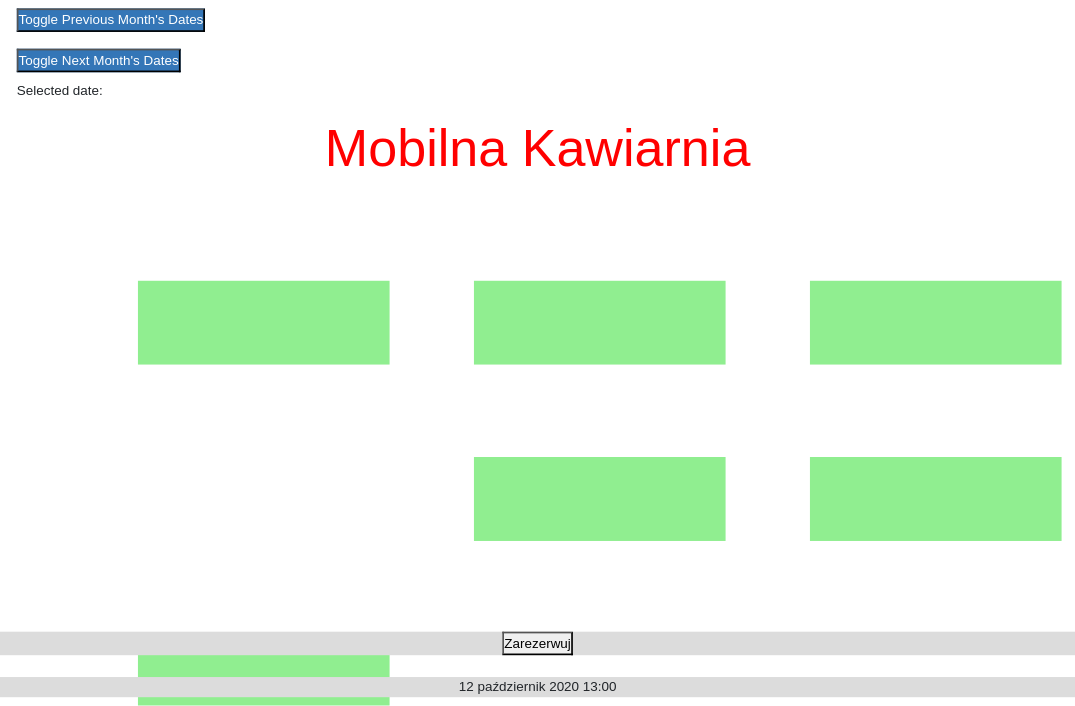
Repository: K009/MobilnaKawiarnia
Page: index.html
An editor plug-in stored every save of this project. The page is shown before and after the next save, followed by the edit.
The browser window is 1280 px wide. The pictures show the whole page, at 84% of full size.

Above is the page before, as saved 2020-12-23 17:08:45.
Console error: ReferenceError: YUI is not defined

### index.html
<html>
  <head>
    <title>Mobilna Kawiarnia</title>
    <link rel="stylesheet" href="style.css" />
    <script src="scripts.js"></script>
    <link href="https://cdn.jsdelivr.net/npm/bootstrap@5.0.0-beta1/dist/css/bootstrap.min.css" rel="stylesheet" integrity="sha384-giJF6kkoqNQ00vy+HMDP7azOuL0xtbfIcaT9wjKHr8RbDVddVHyTfAAsrekwKmP1" crossorigin="anonymous">
    <script src="https://cdn.jsdelivr.net/npm/bootstrap@5.0.0-beta1/dist/js/bootstrap.bundle.min.js" integrity="sha384-ygbV9kiqUc6oa4msXn9868pTtWMgiQaeYH7/t7LECLbyPA2x65Kgf80OJFdroafW" crossorigin="anonymous"></script>
  </head>
  <body>
      <!-- Add an additional blue button style -->
<style>
    .yui3-button {
        margin:10px 0px 10px 0px;
        color: #fff;
        background-color: #3476b7;
    }
    </style>

    <div id="demo" class="yui3-skin-sam yui3-g"> <!-- You need this skin class -->

      <div id="leftcolumn" class="yui3-u">
         <!-- Container for the calendar -->
         <div id="mycalendar"></div>
      </div>
      <div id="rightcolumn" class="yui3-u">
       <div id="links" style="padding-left:20px;">
          <!-- The buttons are created simply by assigning the correct CSS class -->
          <button id="togglePrevMonth" class="yui3-button">Toggle Previous Month's Dates</button><br>
          <button id="toggleNextMonth" class="yui3-button">Toggle Next Month's Dates</button><br>
          Selected date: <span id="selecteddate"></span>
       </div>
      </div>
    </div>

    <script type="text/javascript">
    YUI().use('calendar', 'datatype-date', 'cssbutton',  function(Y) {

        // Create a new instance of calendar, placing it in
        // #mycalendar container, setting its width to 340px,
        // the flags for showing previous and next month's
        // dates in available empty cells to true, and setting
        // the date to today's date.
        var calendar = new Y.Calendar({
          contentBox: "#mycalendar",
          width:'340px',
          showPrevMonth: true,
          showNextMonth: true,
          date: new Date()}).render();

        // Get a reference to Y.DataType.Date
        var dtdate = Y.DataType.Date;

        // Listen to calendar's selectionChange event.
        calendar.on("selectionChange", function (ev) {

          // Get the date from the list of selected
          // dates returned with the event (since only
          // single selection is enabled by default,
          // we expect there to be only one date)
          var newDate = ev.newSelection[0];

          // Format the date and output it to a DOM
          // element.
          Y.one("#selecteddate").setHTML(dtdate.format(newDate));
        });


        // When the 'Show Previous Month' link is clicked,
        // modify the showPrevMonth property to show or hide
        // previous month's dates
        Y.one("#togglePrevMonth").on('click', function (ev) {
          ev.preventDefault();
          calendar.set('showPrevMonth', !(calendar.get("showPrevMonth")));
        });

        // When the 'Show Next Month' link is clicked,
        // modify the showNextMonth property to show or hide
        // next month's dates
        Y.one("#toggleNextMonth").on('click', function (ev) {
          ev.preventDefault();
          calendar.set('showNextMonth', !(calendar.get("showNextMonth")));
        });
    });
    </script>
    <div class="main">
        <div class="logo">
          <h1><a href="">Mobilna Kawiarnia</a></h1>
        </div>

        <div id="center">

            <div class="tableUp">
                <svg class ="table" width="300" height="110">
                    <rect class ="table" width="300" height="100"/>
                  </svg>
            </div>

            <div class="tableUp">
                <svg width="300" height="110">
                    <rect class ="table" width="300" height="100"/>
                  </svg>
            </div>

            <div class="tableUp">
                <svg width="300" height="110">
                    <rect class ="table" width="300" height="100"/>
                  </svg>
            </div>

            <div class="tableUp">
                <svg width="300" height="110">
                    <rect class ="table" width="300" height="100"/>
                </svg>
            </div>

            <div class="tableUp">
                <svg width="300" height="110">
                    <rect class ="table" width="300" height="100"/>
                </svg>
            </div>

            <div class="tableUp">
                <svg width="300" height="110">
                    <rect class ="table" width="300" height="100" />
                </svg>
            </div>

        </div>

        <div id="bottomButton">
            <button id="submitDate" onclick="submit(this.id)">Zarezerwuj</button>
        </div>

        <div id="bottomMenu">
            12 październik 2020     13:00
        </div>


    </div>

    <script>

    </script>
  </body>
</html>

### style.css
* {
  margin: 0;
  padding: 0;
  font-family: sans-serif;
}
.main {
  width: 100%;
  height: 100vh;
  position: relative;
  overflow: hidden;
  background: white;
}
.logo {
  flex-basis: 20%;
}
.logo h1 {
  text-align: center;
  color: red;
  font-size: 62px;
  margin: 20 20px;
}
.logo h1 a {
  text-decoration: none;
  color: red;
}
#center {
  margin-left: 5%;
}
.tableUp {
  margin: 100 0 0 100px;
  float: left;
}
.table {
  fill: #90ee90;
}
.table:hover {
  fill: #88e388;
}
#bottomButton {
  background-color: gainsboro;
  text-align: center;
  position: absolute;
  width: 100%;
  bottom: 60px;
}
#submitDate {
  font-size: 16px;
}
#bottomMenu {
  background-color: gainsboro;
  text-align: center;
  position: absolute;
  width: 100%;
  bottom: 10px;
}

### scripts.js
console.log('xxdd');

// let submitButton = document.getElementById('submitDate');

// submitButton.onclick = function () {
//   console.log('klikniety!!');
// };

function submit(clicked_id) {
  console.log(clicked_id);
}

After the next save:
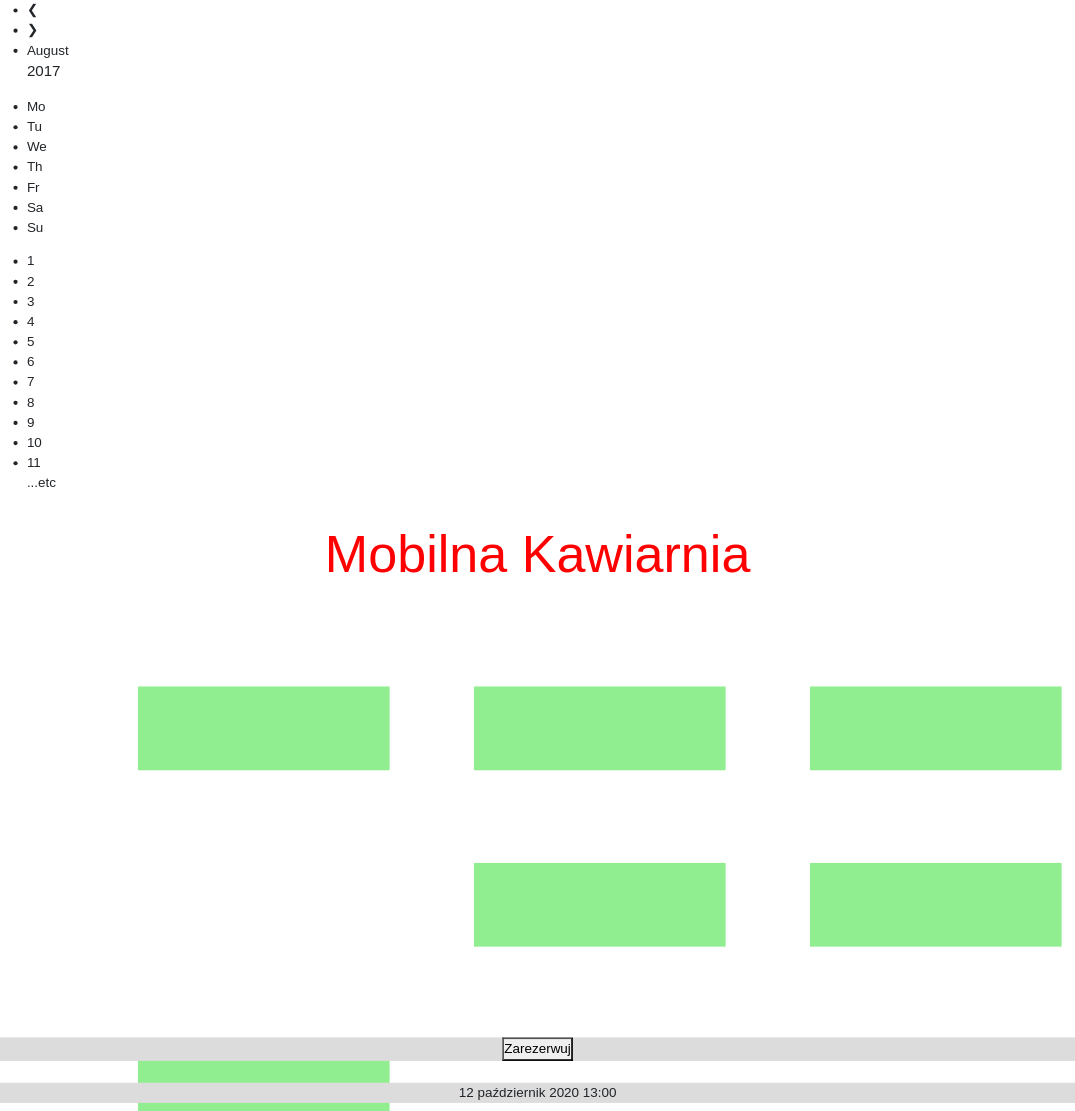
The error is gone.
Saved 18 s later.
--- a/index.html
+++ b/index.html
@@ -7,81 +7,38 @@
     <script src="https://cdn.jsdelivr.net/npm/bootstrap@5.0.0-beta1/dist/js/bootstrap.bundle.min.js" integrity="sha384-ygbV9kiqUc6oa4msXn9868pTtWMgiQaeYH7/t7LECLbyPA2x65Kgf80OJFdroafW" crossorigin="anonymous"></script>
   </head>
   <body>
-      <!-- Add an additional blue button style -->
-<style>
-    .yui3-button {
-        margin:10px 0px 10px 0px;
-        color: #fff;
-        background-color: #3476b7;
-    }
-    </style>
+    <div class="month">
+        <ul>
+          <li class="prev">&#10094;</li>
+          <li class="next">&#10095;</li>
+          <li>August<br><span style="font-size:18px">2017</span></li>
+        </ul>
+      </div>
 
-    <div id="demo" class="yui3-skin-sam yui3-g"> <!-- You need this skin class -->
+      <ul class="weekdays">
+        <li>Mo</li>
+        <li>Tu</li>
+        <li>We</li>
+        <li>Th</li>
+        <li>Fr</li>
+        <li>Sa</li>
+        <li>Su</li>
+      </ul>
 
-      <div id="leftcolumn" class="yui3-u">
-         <!-- Container for the calendar -->
-         <div id="mycalendar"></div>
-      </div>
-      <div id="rightcolumn" class="yui3-u">
-       <div id="links" style="padding-left:20px;">
-          <!-- The buttons are created simply by assigning the correct CSS class -->
-          <button id="togglePrevMonth" class="yui3-button">Toggle Previous Month's Dates</button><br>
-          <button id="toggleNextMonth" class="yui3-button">Toggle Next Month's Dates</button><br>
-          Selected date: <span id="selecteddate"></span>
-       </div>
-      </div>
-    </div>
-
-    <script type="text/javascript">
-    YUI().use('calendar', 'datatype-date', 'cssbutton',  function(Y) {
-
-        // Create a new instance of calendar, placing it in
-        // #mycalendar container, setting its width to 340px,
-        // the flags for showing previous and next month's
-        // dates in available empty cells to true, and setting
-        // the date to today's date.
-        var calendar = new Y.Calendar({
-          contentBox: "#mycalendar",
-          width:'340px',
-          showPrevMonth: true,
-          showNextMonth: true,
-          date: new Date()}).render();
-
-        // Get a reference to Y.DataType.Date
-        var dtdate = Y.DataType.Date;
-
-        // Listen to calendar's selectionChange event.
-        calendar.on("selectionChange", function (ev) {
-
-          // Get the date from the list of selected
-          // dates returned with the event (since only
-          // single selection is enabled by default,
-          // we expect there to be only one date)
-          var newDate = ev.newSelection[0];
-
-          // Format the date and output it to a DOM
-          // element.
-          Y.one("#selecteddate").setHTML(dtdate.format(newDate));
-        });
-
-
-        // When the 'Show Previous Month' link is clicked,
-        // modify the showPrevMonth property to show or hide
-        // previous month's dates
-        Y.one("#togglePrevMonth").on('click', function (ev) {
-          ev.preventDefault();
-          calendar.set('showPrevMonth', !(calendar.get("showPrevMonth")));
-        });
-
-        // When the 'Show Next Month' link is clicked,
-        // modify the showNextMonth property to show or hide
-        // next month's dates
-        Y.one("#toggleNextMonth").on('click', function (ev) {
-          ev.preventDefault();
-          calendar.set('showNextMonth', !(calendar.get("showNextMonth")));
-        });
-    });
-    </script>
+      <ul class="days">
+        <li>1</li>
+        <li>2</li>
+        <li>3</li>
+        <li>4</li>
+        <li>5</li>
+        <li>6</li>
+        <li>7</li>
+        <li>8</li>
+        <li>9</li>
+        <li><span class="active">10</span></li>
+        <li>11</li>
+        ...etc
+      </ul>
     <div class="main">
         <div class="logo">
           <h1><a href="">Mobilna Kawiarnia</a></h1>
